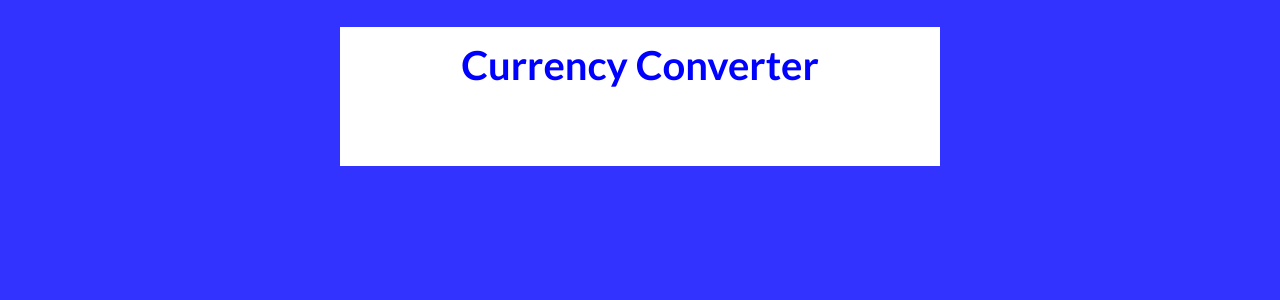
Repository: kkasperczyk/currency-converter
Page: index.html
These files come from the project's save history. The page is drawn as it stood at one moment and after a run of saves; the edit follows.
The browser window is 1280 px wide. The pictures show the whole page.

Above is the page before, as saved 2020-06-15 22:16:27.

After the next 5 saves:
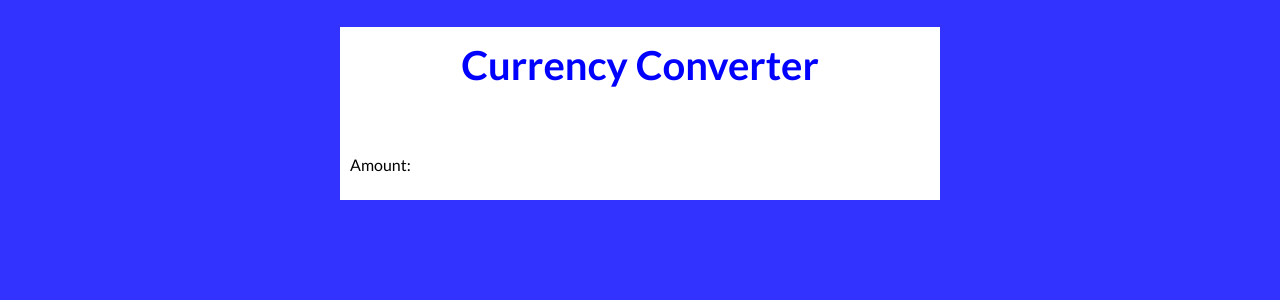
The 5 saves are shown as one change because they came seconds apart.
The last was saved 12 s later.
--- a/index.html
+++ b/index.html
@@ -24,6 +24,7 @@
             <form class="form">
                 <p>
                     <label>
+                        Amount:
 
                     </label>
                 </p>
